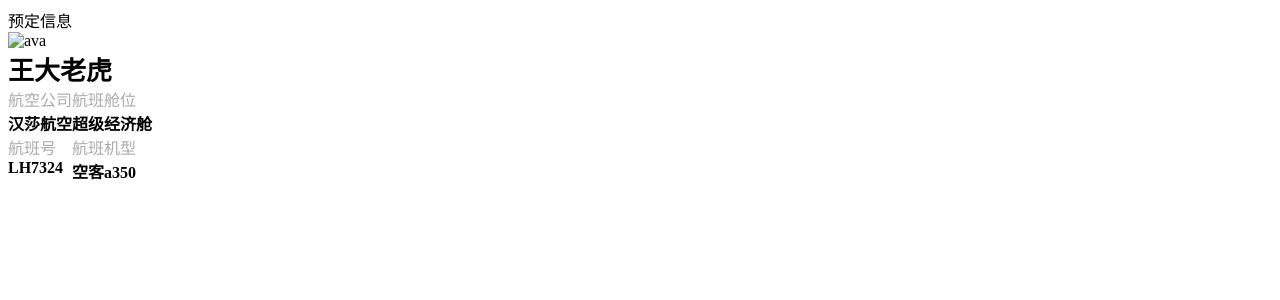
Repository: xzm1997/react-learning
Page: /
The author's editor kept a copy of each file at every save. The page is drawn from the files as they stood at one save, then again after the next save.
The browser window is 1280 px wide. The pictures show the whole page.
The project was rebuilt for these pictures with package versions that can differ from the ones it lists, and the page was loaded fresh each time.

Above is the page before, as saved 2023-01-31 10:26:21.

After the next save:
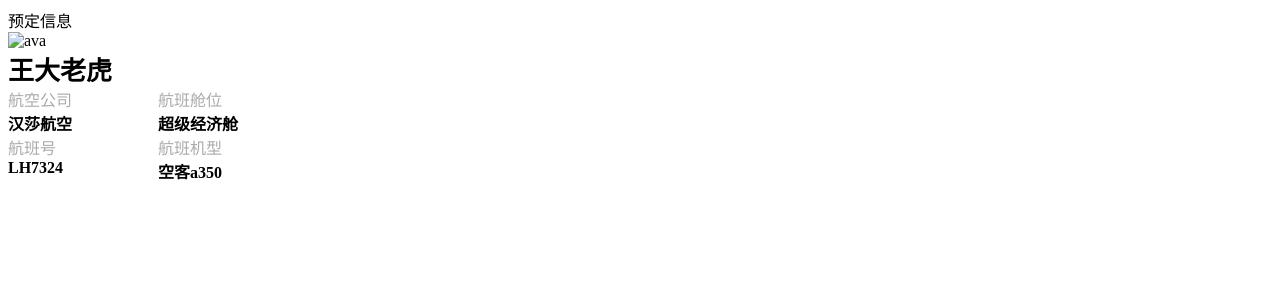
Saved 38 s later.
--- a/src/index.css
+++ b/src/index.css
@@ -18,5 +18,8 @@
 
 .infoDisplay {
   display: flex;
+}
 
+.infoItem {
+  width: 150px;
 }
